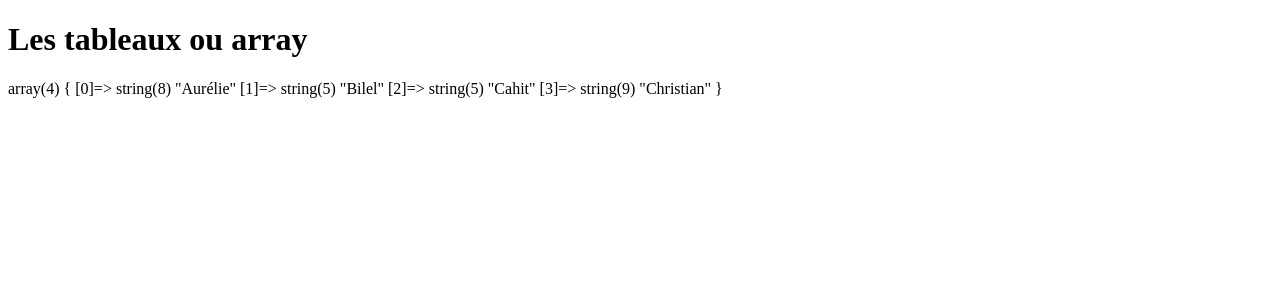
Repository: QuentinFayt/base-php-2021
Page: http://localhost/les_arrays.php
The author's editor kept a copy of each file at every save. The page is drawn from the files as they stood at one save, then again after a run of saves.
The browser window is 1280 px wide. The pictures show the whole page.
The page is run by PHP 8.4 with error messages shown; the project is at /var/www/html/.

Above is the page before, as saved 2021-07-07 11:18:43.

### les_arrays.php
<!DOCTYPE html>
<html lang="en">
<head>
    <meta charset="UTF-8">
    <meta http-equiv="X-UA-Compatible" content="IE=edge">
    <meta name="viewport" content="width=device-width, initial-scale=1.0">
    <title>Les array</title>
</head>
<body>
    <h1>Les tableaux ou array</h1>
    <?php
        $eleve = array(
            "Aurélie",
            "Bilel",
            "Cahit",
            "Christian",
        );

        var_dump($eleve);
    ?>
</body>
</html>

After the next 2 saves:
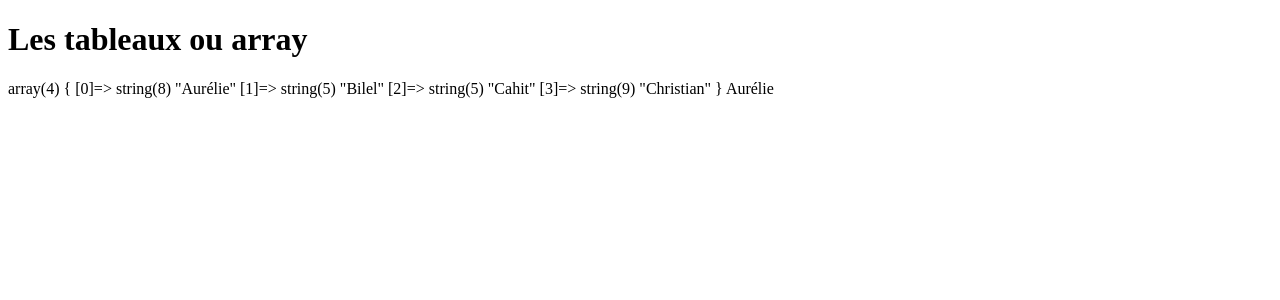
The 2 saves are shown as one change because they came seconds apart.
The last was saved 8 min 19 s later.
--- a/les_arrays.php
+++ b/les_arrays.php
@@ -9,14 +9,16 @@
 <body>
     <h1>Les tableaux ou array</h1>
     <?php
-        $eleve = array(
+        $eleves = array(
             "Aurélie",
             "Bilel",
             "Cahit",
             "Christian",
         );
 
-        var_dump($eleve);
+        var_dump($eleves);
+
+        echo $eleves[0];
     ?>
 </body>
 </html>
